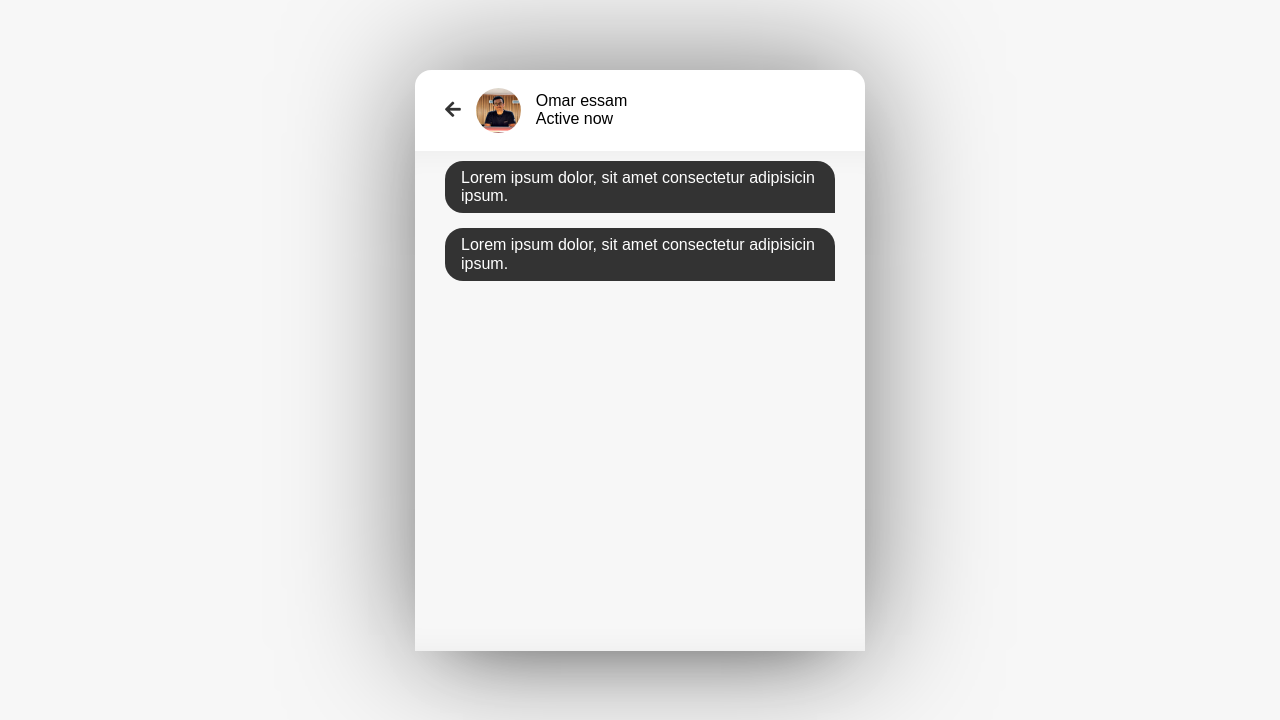
Repository: OmarEssameldinMousa/Chat-Application
Page: chat.html
An editor plug-in stored every save of this project. The page is shown before and after the next save, followed by the edit.
The browser window is 1280 px wide. The pictures show the whole page.

Above is the page before, as saved 2023-09-22 23:13:29.

### chat.html
<!DOCTYPE html>
<html lang="en">

<head>
    <meta charset="UTF-8">
    <meta name="viewport" content="width=device-width, initial-scale=1.0">
    <title>Realtime Chat App</title>
    <link rel="stylesheet" href="css/normalize.css">
    <link rel="stylesheet" href="css/all.min.css">
    <link rel="stylesheet" href="css/style.css">
</head>

<body>
    <div class="wrapper">
        <section class="chat-area">
            <header>
                <a href="" class="back-icon"><i class="fas fa-arrow-left"></i></a>
                <img src="images/124374760.jpg" alt="">
                <div class="details">
                    <span>Omar essam</span>
                    <p>Active now</p>
                </div>
            </header>

            <div class="chat-box">
                <div class="chat outgoing">
                    <div class="details">
                        <p>Lorem ipsum dolor, sit amet consectetur adipisicin ipsum.</p>
                    </div>
                </div>

                <div class="chat outgoing">
                    <div class="details">
                        <p>Lorem ipsum dolor, sit amet consectetur adipisicin ipsum.</p>
                    </div>
                </div>
            </div>


        </section>
    </div>
</body>

</html>

### css/style.css
* {
    margin: 0;
    padding: 0;
    box-sizing: border-box;
    text-decoration: none;
    font-family: 'Poppins', sans-serif;
}


body {
    display: flex;
    align-items: center;
    justify-content: center;
    min-height: 100vh;
    background: #f7f7f7;
}

.wrapper {
    background: #fff;
    width: 450px;
    border-radius: 16px;
    box-shadow: 0 0 128px 0 rgba(0, 0, 0, 0.5), 0 32px 64px -48px rgba(0, 0, 0, 0.5);
}

/* Signup Form*/
.form {
    padding: 25px 30px;
}

.form header {
    font-size: 25px;
    font-weight: 600;
    padding-bottom: 10px;
    border-bottom: 1px solid #e6e6e6;
}

.form form {
    margin: 20px 0;
}

.form form .error-txt {
    color: #721c24;
    background: #f8d7da;
    padding: 8px 10px;
    text-align: center;
    border-radius: 5px;
    margin-bottom: 10px;
    border: 1px solid #f5c6cb
}

.form form .name-details {
    display: flex;
}

form .name-details .field:first-child {
    margin-right: 10px;
}

form .name-details .field:last-child {
    margin-left: 10px;
}

.form form .field {
    display: flex;
    flex-direction: column;
    margin-bottom: 10px;
    position: relative;
}

.form form .field label {
    margin-bottom: 2px;
}


.form form .input input {
    outline: none;
}


.form form .input input {
    height: 40px;
    width: 100%;
    font-size: 16px;
    padding: 0 10px;
    border: 1px solid #ccc;
    border-radius: 5px;
}

.form form .image input {
    font-size: 17px;
}

.form form .button input {
    margin-top: 13px;
    height: 45px;
    border: none;
    font-size: 17px;
    font-weight: 500px;
    background: #333;
    color: #fff;
    border-radius: 5px;
    cursor: pointer;
}

.form form .field i {
    position: absolute;
    right: 15px;
    top: 70%;
    transform: translateY(-50%);
    cursor: pointer;
    color: #ccc;
}

.form .link {
    text-align: cetner;
    margin: 10px 0;
    font-size: 17px;
}

.form .link a {
    color: #333;
}

.form .link a:hover {
    text-decoration: underline;
}

.users {
    padding: 25px 30px;
}

.users header,
.users-list a {
    display: flex;
    align-items: center;
    justify-content: center;
    justify-content: space-between;
    border-bottom: 1px solid #e6e6e6;
    padding-bottom: 15px;

}

.wrapper img {
    object-fit: cover;
    border-radius: 50%;
}

:is(.users, .users-list) .content {
    display: flex;
    align-items: center;
}

.users header .content img {
    height: 50px;
    width: 50px;
}


:is(.users, .users-list) .details {
    color: #000;
    margin-left: 15px;
}

:is(.users, .users-list) .details span {
    font-size: 18px;
    font-weight: 500px;
}

.users header .Logout {
    color: #fff;
    padding: 7px 15px;
    background: #333;
    border-radius: 5px;
    font-size: 17px;
}

.users .search {
    margin: 20px 0;
    display: flex;
    justify-content: space-between;
    align-items: center;
    position: relative;
}

.users .search .text {
    font-size: 18px;
}

.users .search input {
    position: absolute;
    height: 43px;
    width: calc(100% - 50px);
    border: 1px solid #ccc;
    padding: 0 13px;
    font-size: 16px;
    border-radius: 5px;
    outline: none;
}

.users .search button {
    width: 47px;
    height: 43px;
    border: none;
    outline: none;
    color: #fff;
    background-color: #333;
    border-radius: 0 5px 5px 0;
    cursor: pointer;
    font-size: 17px;
}

.users-list {
    max-height: 350px;
    overflow-y: auto;
}

.users-list::-webkit-scrollbar {
    width: 0px;
}


.users-list a {
    padding-right: 10px;
    padding-bottom: 10px;
    margin-bottom: 10px;
    border-bottom-color: #f1f1f1;
}

.users-list a:last-child {
    border: none;
    margin-bottom: 0px;
}

.users-list a .content img {
    height: 40px;
    width: 40px;
}


.users header .content p {
    color: #67676a;
}

.users-list a .status-dot {
    font-size: 12px;
    color: #67676a;
}

/* to use the online status */
.users-list a .status-dot.offline {
    font-size: 12px;
    color: #468669;
}


/* Chat Area CSS style */

.chat-area header {
    display: flex;
    align-items: center;
    padding: 18px 30px;
}

.chat-area header .back-icon {
    font-size: 18px;
    color: #333;
}

.chat-area header img {
    height: 45px;
    width: 45px;
    margin: 0 15px;
}


.chat-area header span {
    font-size: 17x;
    font-weight: 500;

}

.chat-box {
    height: 500px;
    background-color: #f7f7f7;
    padding: 10px 30px 20px 30px;
    box-shadow: inset 0 32px 32px -32px rgb(0 0 0/ 5%),
        inset 0 -32px 32px -32px rgb(0 0 0/ 5%);
}

.chat-box .outgoing {
    display: flex;

}

.outgoing .details {
    margin-left: auto;
    max-width: calc(100% -130px);
    margin-bottom: 15px;
}

.outgoing .details p {
    background-color: #333;
    color: #fff;
}

.chat-box .chat p {
    padding: 8px 16px;
    color: #fff;
    border-radius: 18px 18px 0 18px;
}

Loaded but not shown: css/normalize.css (library); css/all.min.css (library)

After the next save:
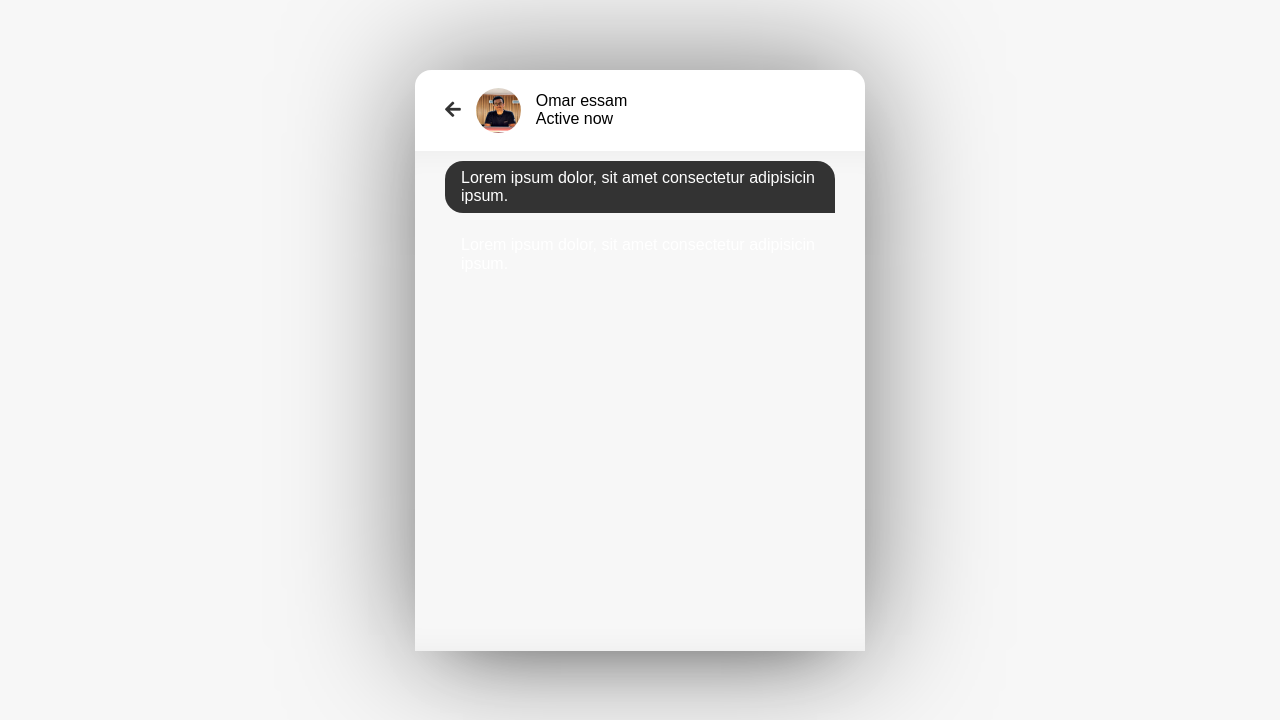
Saved 5 min 24 s later.
--- a/chat.html
+++ b/chat.html
@@ -23,17 +23,19 @@
             </header>
 
             <div class="chat-box">
+
                 <div class="chat outgoing">
                     <div class="details">
                         <p>Lorem ipsum dolor, sit amet consectetur adipisicin ipsum.</p>
                     </div>
                 </div>
 
-                <div class="chat outgoing">
+                <div class="chat incoming">
                     <div class="details">
                         <p>Lorem ipsum dolor, sit amet consectetur adipisicin ipsum.</p>
                     </div>
                 </div>
+
             </div>
 
 
